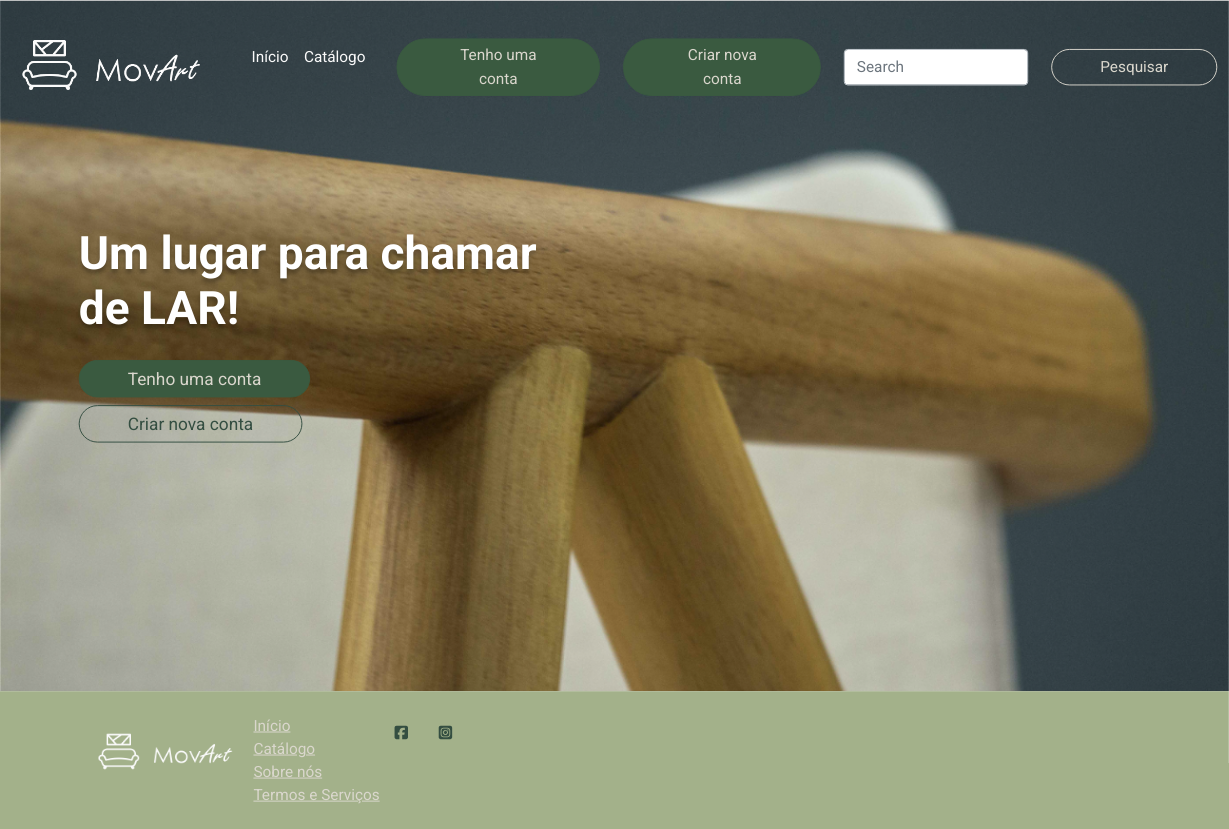
Repository: telesbp/Projeto-4-e-Projeto-5
Page: / (app in front-end/)
These files come from the project's save history. The page is drawn as it stood at one moment and after the next save; the edit follows.
The browser window is 1280 px wide. The pictures show the whole page, at 96% of full size.
The project was rebuilt for these pictures with package versions that can differ from the ones it lists, and the page was loaded fresh each time.

Above is the page before, as saved 2022-07-17 21:50:34.

### front-end/public/index.html
<!DOCTYPE html>
<html lang="pt-BR">
  <head>
    <meta charset="utf-8" />
    <link rel="icon" href="%PUBLIC_URL%/favicon.ico" />
    <meta name="viewport" content="width=device-width, initial-scale=1" />
    <meta name="theme-color" content="#000000" />
    <meta
      name="description"
      content="Seu negócio automatizado!"
    />
    <link rel="apple-touch-icon" href="%PUBLIC_URL%/logo192.png" />
    <!--
      manifest.json provides metadata used when your web app is installed on a
      user's mobile device or desktop. See https://developers.google.com/web/fundamentals/web-app-manifest/
    -->
    <link rel="manifest" href="%PUBLIC_URL%/manifest.json" />
    <!--
      Notice the use of %PUBLIC_URL% in the tags above.
      It will be replaced with the URL of the `public` folder during the build.
      Only files inside the `public` folder can be referenced from the HTML.

      Unlike "/favicon.ico" or "favicon.ico", "%PUBLIC_URL%/favicon.ico" will
      work correctly both with client-side routing and a non-root public URL.
      Learn how to configure a non-root public URL by running `npm run build`.
    -->
    <title>Stagio</title>

    <link rel="preconnect" href="https://fonts.googleapis.com">
    <link rel="preconnect" href="https://fonts.gstatic.com" crossorigin>
    <link href="https://fonts.googleapis.com/css2?family=Roboto:wght@400;700&display=swap" rel="stylesheet">
  </head>
  <body>
    <noscript>You need to enable JavaScript to run this app.</noscript>
    <div id="root"></div>
    <!--
      This HTML file is a template.
      If you open it directly in the browser, you will see an empty page.

      You can add webfonts, meta tags, or analytics to this file.
      The build step will place the bundled scripts into the <body> tag.

      To begin the development, run `npm start` or `yarn start`.
      To create a production bundle, use `npm run build` or `yarn build`.
    -->
  </body>
</html>

### front-end/src/index.tsx
import React from 'react';
import ReactDOM from 'react-dom/client';
import App from './App';
import 'bootstrap/dist/css/bootstrap.min.css';
import { BrowserRouter } from 'react-router-dom';
import 'react-toastify/dist/ReactToastify.css';
import { ToastContainer } from 'react-toastify';
import { GlobalStyle } from './assets/css/global';

const root = ReactDOM.createRoot(
  document.getElementById('root') as HTMLElement
);
root.render(
  <React.StrictMode>
    <BrowserRouter>
    <GlobalStyle/>
      <App />
      <ToastContainer/>
    </BrowserRouter>
  </React.StrictMode>
);

### front-end/src/App.tsx
import { HomeView } from "./views/Home";

function App() {
  return (
    <HomeView/>
  );
}

export default App;

### front-end/src/assets/css/global.ts
import { createGlobalStyle } from "styled-components";

export const GlobalStyle = createGlobalStyle`
    body{
       font-family: 'Roboto', sans-serif;
    }
`

### front-end/src/views/Home/index.tsx
import { Container } from "react-bootstrap";
import styled from "styled-components";
import bgSite from "../../assets/img/cadeira1.png"
import { CustomButton } from "../../components/CustomButton";
import { Layout } from "../../components/Layout";

export function HomeView(){
    return(
        <Layout>
            <Banner className="vh-100">
                <Container className="h-100 d-flex flex-column justify-content-center align-items-center align-items-lg-start">
                    <Title className="text-center text-white text-lg-start mt-auto mt-lg-0 ">Um lugar para chamar de LAR!</Title>
                    <CustomButton size="lg" to="login" variant="primary" className="mt-auto mt-lg-3 mb-2">Tenho uma conta</CustomButton>
                    <CustomButton size="lg" to="cadastro" variant="outline-primary" className="mb-4">Criar nova conta</CustomButton>
                </Container>
            </Banner>
        </Layout>
    )
}

const Banner = styled.div`
    background: url(${bgSite}) no-repeat center center;
    background-size: cover;
`
const Title = styled.h1`
    font-size: 2.25rem;
    font-weight: bold;
    text-shadow: 0 4px 4px rgba(0, 0, 0, 0.25);
    @media (min-width: 992px){
        font-size: 3rem;
        max-width: 500px;
    }
`

### front-end/src/components/CustomButton/index.tsx
import { Button, ButtonProps, Spinner } from "react-bootstrap";
import { LinkContainer } from "react-router-bootstrap";
import styled from "styled-components";

type Props = ButtonProps & {
    loading?: boolean
    to?: string
}

export function CustomButton({children, loading, to, ...otherProps}: Props) {
    const button = (
        <ButtonStyled {...otherProps}>
            {loading && (
                <Spinner animation="border" role="status" size="sm" className="me-2">
                    <span className="visually-hidden">Carregando...</span>
                </Spinner>
            )}
            {children}
        </ButtonStyled>
    )
    if (to){
        return(
            <LinkContainer to={to}>
                {button}
            </LinkContainer>
        )
    }
    return button
}
const ButtonStyled = styled(Button)`
    border-radius: 50px;
    font-weight: 500;
    padding:5px 50px 5px 50px;
    ${props => props.size ==='lg' && `
        font-size: 1.125rem;
    `}
    ${props => (props.variant === "primary" || !props.variant) && `
        background-color: #3A5A40;
        border-color: #3A5A40;
        color: #DAD7CD!important;
        &:hover {
            background-color: #344E41;
            border-color: #344E41;
        }
    `}
    ${props => (props.variant === "outline-primary" || !props.variant) && `
        border-color: #344E41;
        color: #344E41;
        &:hover {
            background-color: #344E41;
            border-color: #344E41;
            color: #DAD7CD;
        }
    `}
    ${props => (props.variant === "outline-secundary" || !props.variant) && `
        border-color: #DAD7CD;
        color: #DAD7CD;
        &:hover {
            background-color: #344E41;
            border-color: #344E41;
            color: #DAD7CD;
        }
    `}
`

### front-end/src/components/Layout/index.tsx
import { Footer } from "./Footer"
import { Header } from "./Header"

type Props = {
    children: React.ReactNode
}
export const Layout: React.FC<Props> = ({children}) => {
    return (
        <>
            <Header/>
            {children}
            <Footer/>
        </>
    )
}

### front-end/src/components/Layout/Footer.tsx
import { faFacebookSquare, faInstagramSquare } from "@fortawesome/free-brands-svg-icons";
import { FontAwesomeIcon } from "@fortawesome/react-fontawesome";
import { Container, Nav } from "react-bootstrap";
import { Link } from "react-router-dom";
import styled from "styled-components";
import LogoBrand from "../../assets/img/logobranca.png"

export function Footer () {
    return(
        <FooterStyled>
            <Container className="d-flex p-4">
                <img src={LogoBrand} alt="MovArt" width={170} height={80}/>
                <NavStyled>
                    <NavLinkTitleStyled  as={Link} to="/">Início</NavLinkTitleStyled >
                    <NavLinkTitleStyled  as={Link} to="/">Catálogo</NavLinkTitleStyled >
                    <NavLinkTitleStyled  as={Link} to="/">Sobre nós</NavLinkTitleStyled >
                    <NavLinkTitleStyled  as={Link} to="/">Termos e Serviços</NavLinkTitleStyled >
                </NavStyled>
                <Nav>
                    <Nav.Link href="http://facebook.com" target="_blank">
                        <FontAwesomeIconStyle icon={faFacebookSquare} />
                    </Nav.Link>
                    <Nav.Link href="http://instagram.com" target="_blank">
                        <FontAwesomeIconStyle icon={faInstagramSquare} />
                    </Nav.Link>
                </Nav>
            </Container>
        </FooterStyled>
    )
}

const FooterStyled = styled.footer`
    background: #A3B18A;
    display: flex;
`
const NavLinkTitleStyled = styled(Nav.Link)`
    color:#DAD7CD;
`
const NavStyled = styled(Nav)`
    display: flex;
    flex-direction: column;
`
const FontAwesomeIconStyle = styled(FontAwesomeIcon)`
    color: #344E41;
`

### front-end/src/components/Layout/Header.tsx
import { faBarsStaggered } from "@fortawesome/free-solid-svg-icons";
import { FontAwesomeIcon } from "@fortawesome/react-fontawesome";
import { useEffect, useState } from "react";
import { Container, Form, Nav, Navbar } from "react-bootstrap";
import { Link } from "react-router-dom";
import styled from "styled-components";
import LogoBrand from "../../assets/img/logobranca.png"
import LogoBrandBlack from "../../assets/img/logopreta.png"
import { CustomButton } from "../CustomButton";

export function Header() {
    const [isTransparent, setIsTransparent] = useState(true)
    useEffect(() => {
        const scrollChange = () => {
            const isLowScroll = window.scrollY < 60
            if (isLowScroll !== isTransparent){
            setIsTransparent(isLowScroll)
        }
        }
        window.addEventListener("scroll", scrollChange)
        return () => {
            window.removeEventListener("scroll", scrollChange)
        }
    },[isTransparent])
    return(
        <Navbar fixed="top" expand="lg" bg={isTransparent ? undefined : "white"} >
        <Container fluid>
          <Navbar.Brand to="/" as={Link}>
            <ImageStyle src={isTransparent ? LogoBrand : LogoBrandBlack} alt="MovArt" width={170} height={80}/>
          </Navbar.Brand>
          <NavBarToggleStyled aria-controls="basic-navbar-nav">
            <FontAwesomeIcon icon={faBarsStaggered}  className={isTransparent ? "text-white" : "text-dark"} size="lg" />
            </NavBarToggleStyled>
        <NavBarCollapseStyled id="basic-navbar-nav">
          <Nav className="ms-auto">
            <NavLinkStyled forwardedAs={Link} to="/" className="justify-contend-center text-center">Início</NavLinkStyled>
            <NavLinkStyled forwardedAs={Link} to="/catálogo" className="justify-contend-center text-center">Catálogo</NavLinkStyled>
            <CustomButton className="mt-2 mt-lg-0 ms-lg-4" variant="primary">Tenho uma conta</CustomButton>
            <CustomButton className="mt-2 mt-lg-0 ms-lg-4" variant="primary">Criar nova conta</CustomButton>
        </Nav>
            <Form className="d-flex">
              <Form.Control
                type="search"
                placeholder="Search"
                className="mt-2 mt-lg-0 ms-lg-4"
                aria-label="Search"
              />
              <CustomButton variant={isTransparent ? "outline-secundary" : "outline-primary" } className="mt-2 mt-lg-0 ms-lg-4">Pesquisar</CustomButton>
            </Form>
          </NavBarCollapseStyled>
        </Container>
      </Navbar>
    )
}
const NavBarToggleStyled = styled(Navbar.Toggle)`
    border:none;
`

const NavBarCollapseStyled = styled(Navbar.Collapse)`
   @media (max-width: 991px) {
   background-color:#fafafa ;
    margin: 0 -12px;
    padding: 1rem 2rem;
}
`
const NavLinkStyled = styled(Nav.Link)`
    @media (min-width: 992px){
        color: #fafafa!important;
    }

`
const ImageStyle = styled.img`
    @media (min-width: 992px){
       width: 226px;
       height: auto;
    }
`

After the next save:
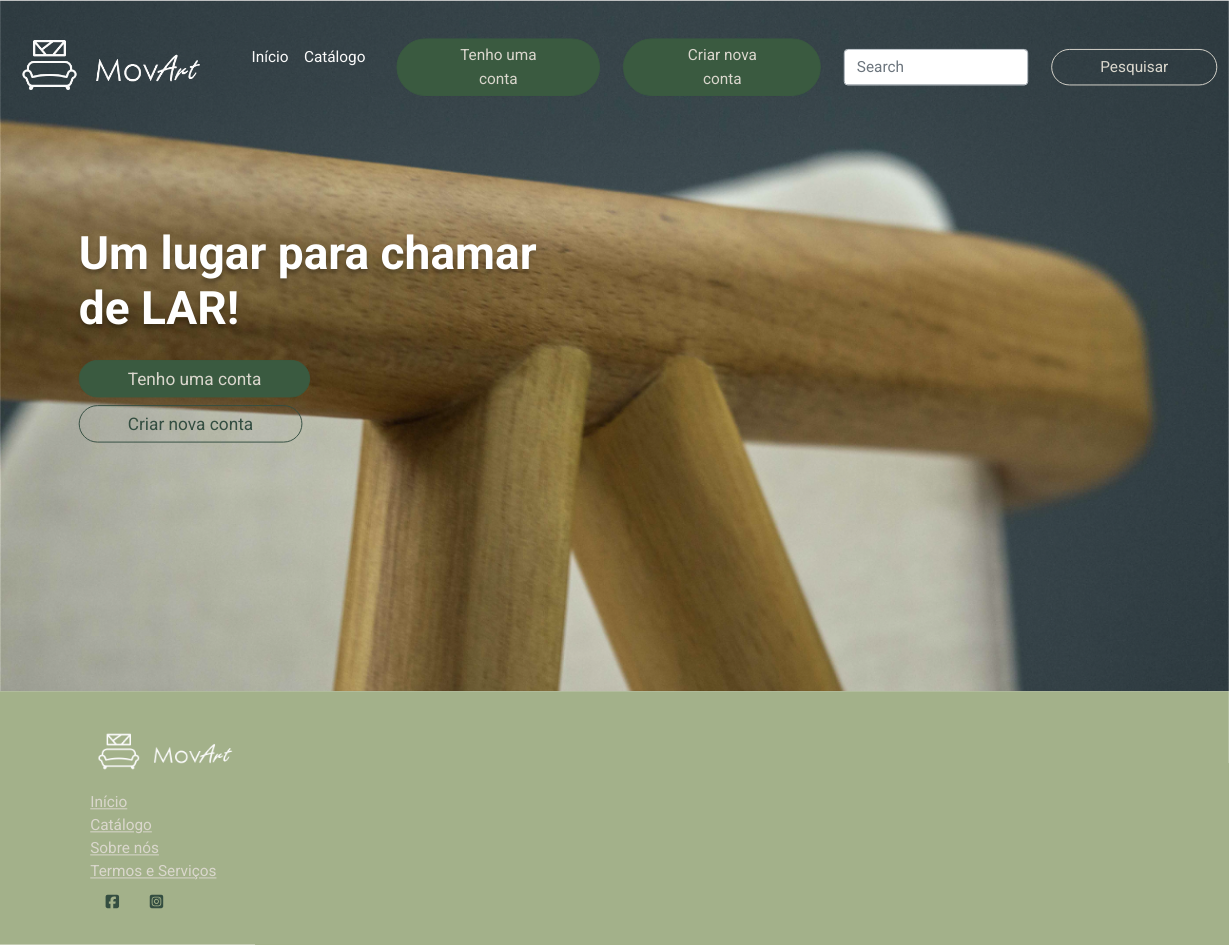
Saved 7 s later.
--- a/front-end/src/components/Layout/Footer.tsx
+++ b/front-end/src/components/Layout/Footer.tsx
@@ -8,7 +8,7 @@ import LogoBrand from "../../assets/img/logobranca.png"
 export function Footer () {
     return(
         <FooterStyled>
-            <Container className="d-flex p-4">
+            <Container className="p-4">
                 <img src={LogoBrand} alt="MovArt" width={170} height={80}/>
                 <NavStyled>
                     <NavLinkTitleStyled  as={Link} to="/">Início</NavLinkTitleStyled >
